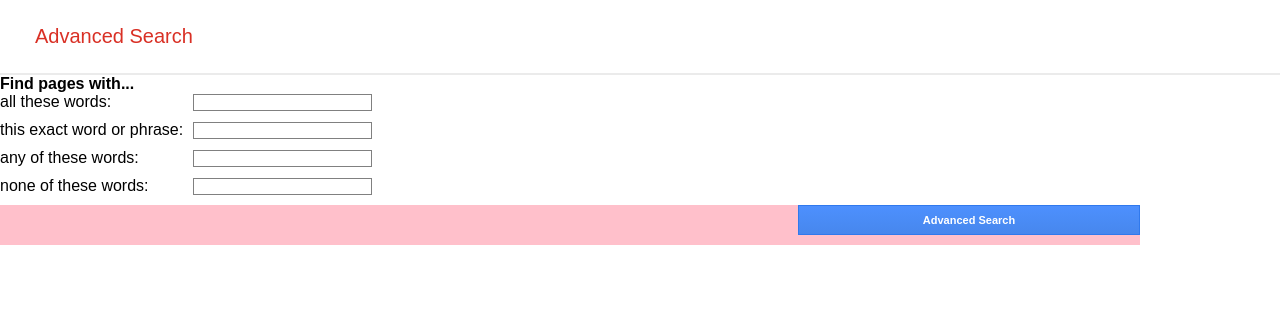
Repository: etentuk/search
Page: advanced_search.html
These files come from the project's save history. The page is drawn as it stood at one moment and after a run of saves; the edit follows.
The browser window is 1280 px wide. The pictures show the whole page.

Above is the page before, as saved 2021-11-05 00:21:31.

After the next 2 saves:
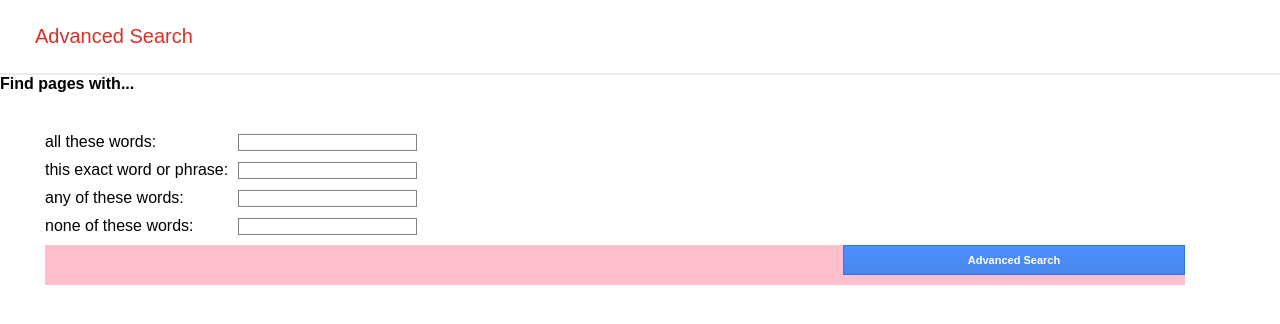
The 2 saves are shown as one change because they came seconds apart.
The last was saved 7 s later.
--- a/styles.css
+++ b/styles.css
@@ -46,12 +46,10 @@ label {
 }
 
 #form {
-    max-width: 1140px;
-    min-width: 200px;
-    width: 96%;
-    margin: 40px 2% 0 45
-px
-;
+  max-width: 1140px;
+  min-width: 200px;
+  width: 96%;
+  margin: 40px 2% 0 45px;
 }
 
 .form-example {
